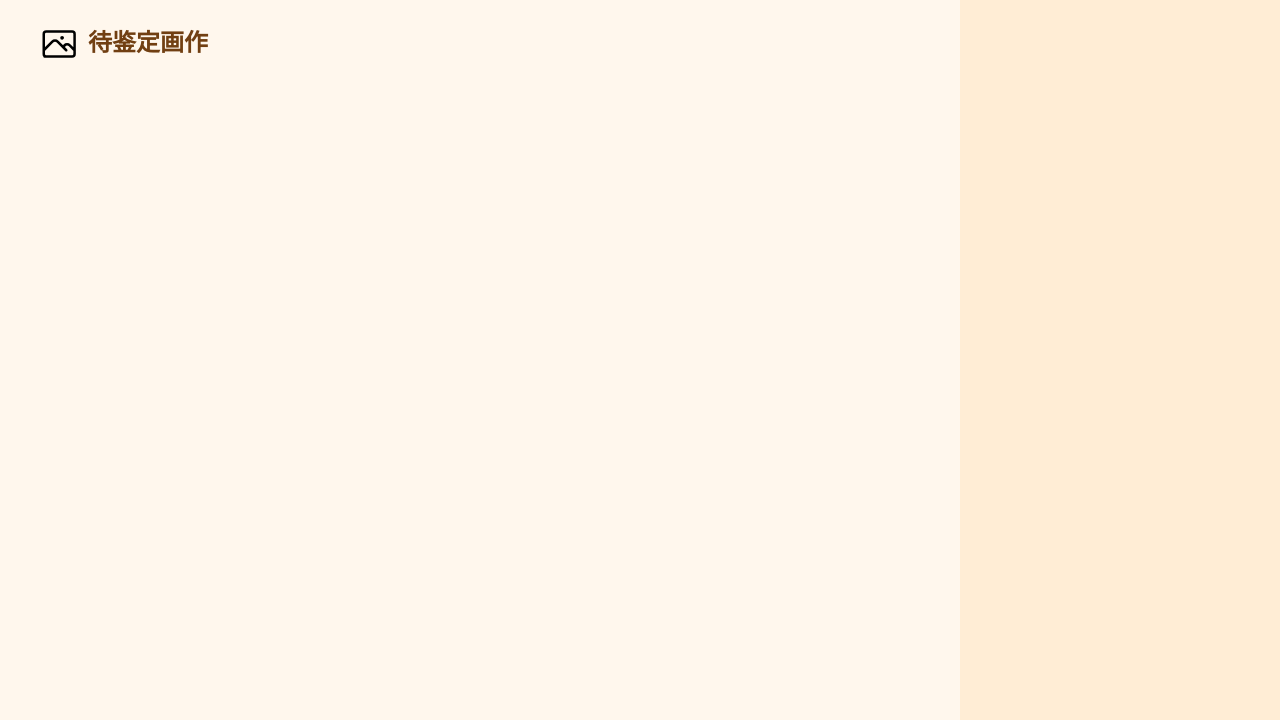
Repository: gaosth/Eyesee
Page: /dtail
These files come from the project's save history. The page is drawn as it stood at one moment and after the next save; the edit follows.
The browser window is 1280 px wide. The pictures show the whole page.
The project was rebuilt for these pictures with package versions that can differ from the ones it lists, and the page was loaded fresh each time. Also part of the build but not shown: vite.config.js, src/components/WelcomeItem.vue, src/components/icons/IconDocumentation.vue, src/components/icons/IconTooling.vue, src/components/icons/IconEcosystem.vue, src/components/icons/IconCommunity.vue, src/components/icons/IconSupport.vue, src/components/TheWelcome.vue and 5 more.

Above is the page before, as saved 2024-03-15 11:52:28.

After the next save:
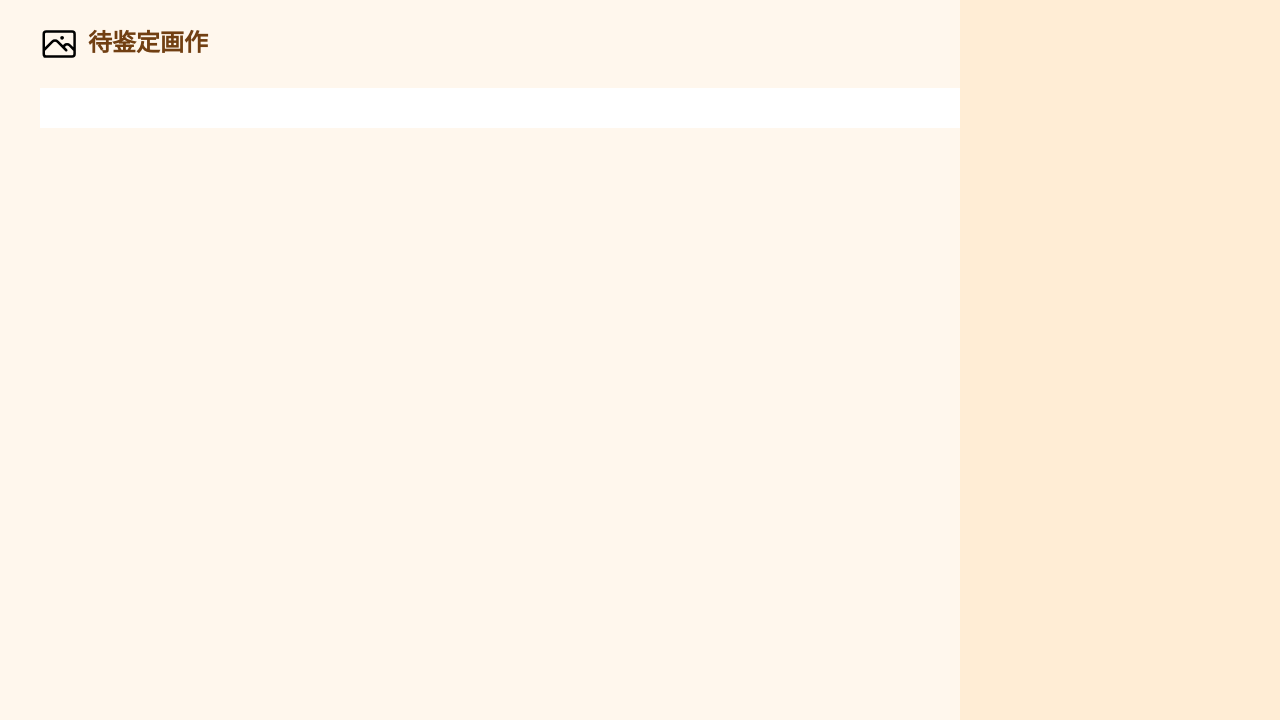
Saved 4 s later.
--- a/src/views/DetailView.vue
+++ b/src/views/DetailView.vue
@@ -12,7 +12,7 @@
                 </div>
             </div>
             <div class = "ml-10 mt-6">
-                <div class = "h-100 w-100 bg-white">
+                <div class = "h-10 w-100 bg-white">
 
                 </div>
             </div>

After the 5 saves that followed:
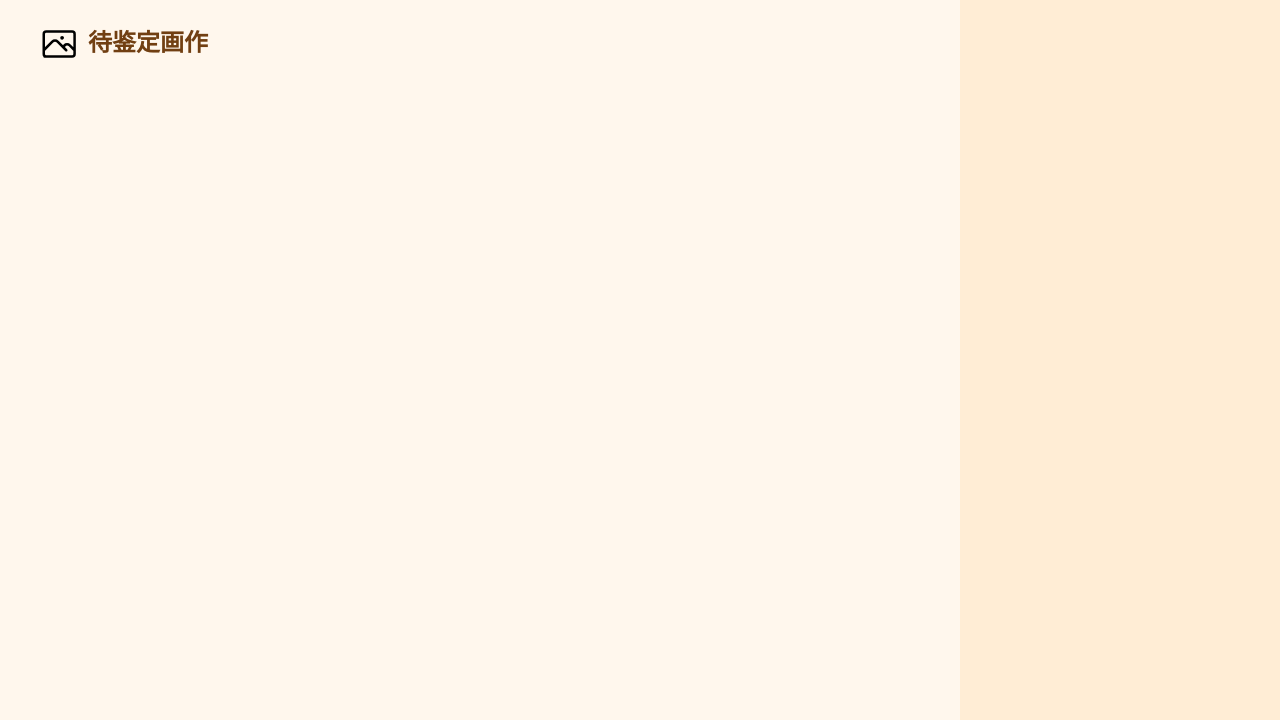
The 5 saves are shown as one change because they came seconds apart.
The last was saved 16 s later.
--- a/src/views/DetailView.vue
+++ b/src/views/DetailView.vue
@@ -12,7 +12,7 @@
                 </div>
             </div>
             <div class = "ml-10 mt-6">
-                <div class = "h-10 w-100 bg-white">
+                <div class = "h-100 w-100 bg-white">
 
                 </div>
             </div>
